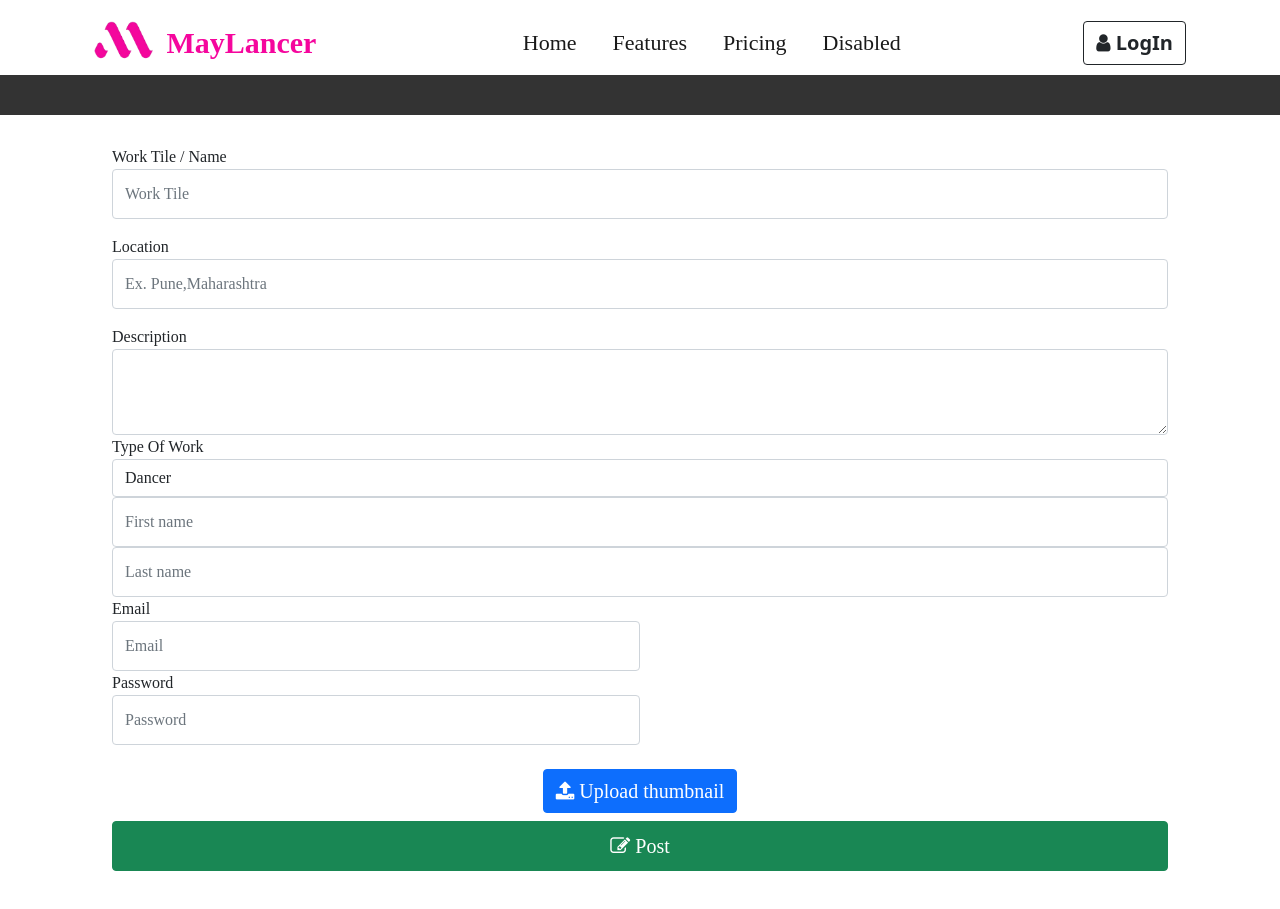
Repository: prathmesh2023/maylancers
Page: http://localhost/post_job
An editor plug-in stored every save of this project. The page is shown before and after the next save, followed by the edit.
The browser window is 1280 px wide. The pictures show the whole page.
Some web fonts or font styles are not loaded; a fallback is used. Some web libraries are served in a nearby version. The page is served by the project's application, run on Django 3.2 (manage.py). The page reads the database file committed with the project.

Above is the page before, as saved 2022-01-24 02:52:40.

After the next save:
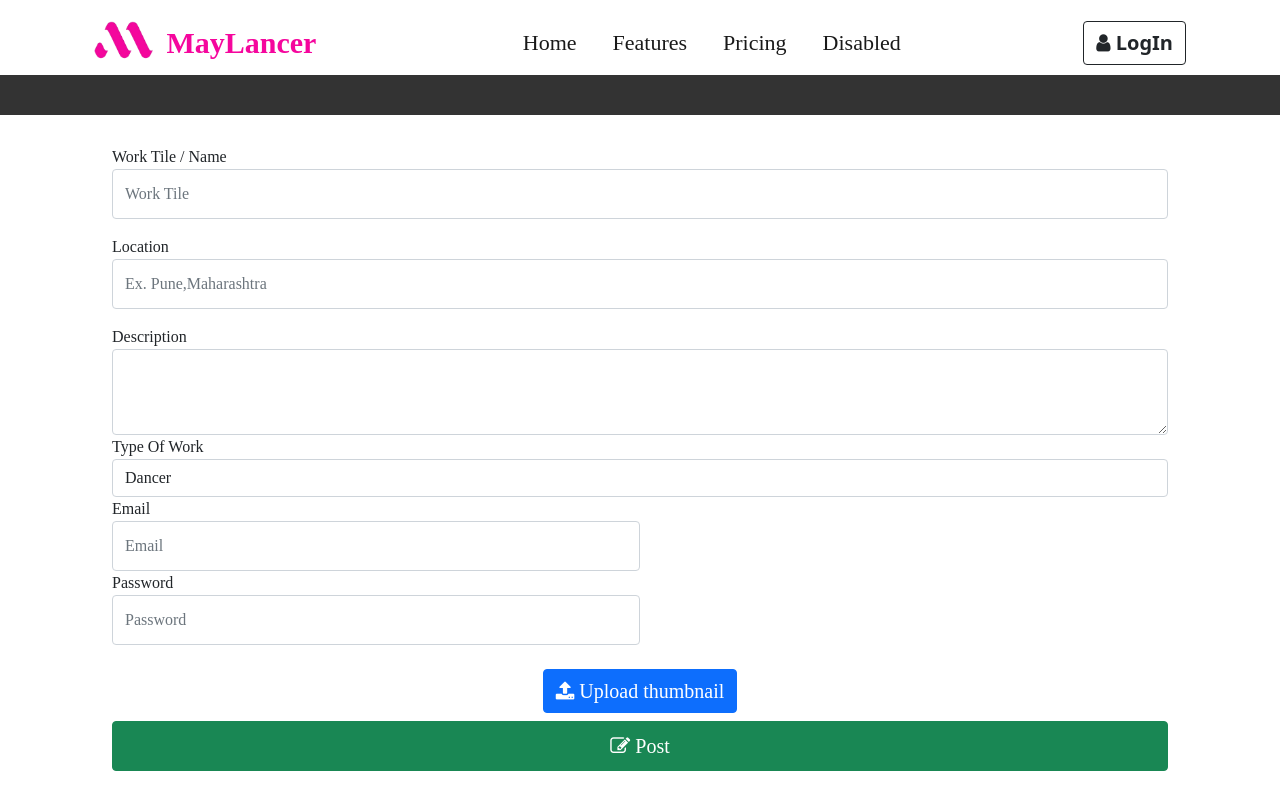
Saved 14 s later.
--- a/templates/postjob.html
+++ b/templates/postjob.html
@@ -33,16 +33,6 @@
 
 
             </select>
-        </div>
-
-
-        <div class="form-row">
-            <div class="col">
-                <input type="text" class="form-control" placeholder="First name">
-            </div>
-            <div class="col">
-                <input type="text" class="form-control" placeholder="Last name">
-            </div>
         </div>
 
 
